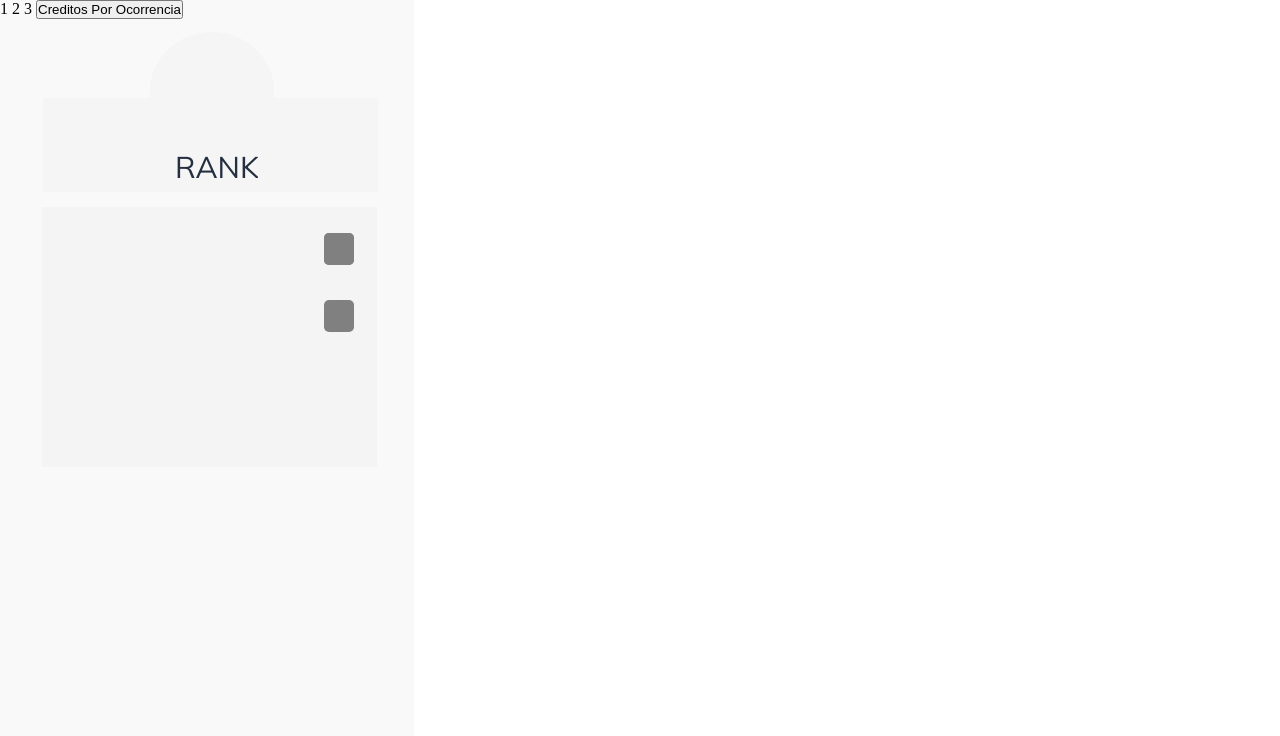
Repository: UnivMinho/D12_frontend
Page: Responsável no Terreno/Front-Office/Rank.html
The author's editor kept a record of every edit. The page is drawn from the files as they stood at one moment, then again after the next edit.
The browser window is 1280 px wide. The pictures show the whole page.
Some web libraries are served in a nearby version.

Above is the page before.

### Responsável no Terreno/Front-Office/Rank.html
<!DOCTYPE html>
<html>

<head>
    <meta charset="utf-8">
    <meta name="viewport" content="width=device-width, initial-scale=1, maximum-scale=1, user-scalable=no">
    <link href="https://fonts.googleapis.com/css?family=Mulish&display=swap" rel="stylesheet" />
    <link href="./Rank.css" rel="stylesheet" />
    <title>Document</title>
    <link rel="stylesheet" href="https://pro.fontawesome.com/releases/v5.10.0/css/all.css" integrity="sha384-AYmEC3Yw5cVb3ZcuHtOA93w35dYTsvhLPVnYs9eStHfGJvOvKxVfELGroGkvsg+p" crossorigin="anonymous"/>
</head>

<body>
    <div class="screen"> <!--screen-->
        <div class="circle"></div> <!--circle-->
        <div class="rectangle"></div> <!--retangulo-->
        <span class="textRank">RANK</span> <!--caixa de texto a dizer "Rank"-->
        <div class="bigrectangle"></div> <!--retangulo enorme-->
        <div class="smallrectangle1"></div> <!--retangulo-->
        <div class="smallrectangle2"></div> <!--retangulo-->
        <div class="smallrectangle3"></div> <!--retangulo-->
        <span class="textOne">1</span> <!--caixa de texto a dizer "1"-->
        <span class="textTwo">2</span> <!--caixa de texto a dizer "2"-->
        <span class="textThree">3</span> <!--caixa de texto a dizer "3"-->
        <button id="CreditosPorOcorrencia" class="CreditosPorOcorrencia">Creditos Por Ocorrencia</button>
    </div>
</body>

</html>

### Responsável no Terreno/Front-Office/Rank.css
* {
    overflow-x: hidden;
    padding: 0px !important;
    margin: 0px !important;
}

.screen {
    width: 414px;
    height: 736px;
    background: rgba(250, 249, 249, 1);
    opacity: 1;
    position: absolute;
    top: 0px;
    left: 0px;
    overflow: hidden;
}

.circle {
    width: 124px;
    height: 117px;
    background: rgba(245, 245, 245, 1);
    opacity: 1;
    position: absolute;
    top: 32px;
    left: 150px;
    border-radius: 50%;
}

.rectangle {
    width: 335px;
    height: 94px;
    background: rgba(245, 245, 245, 1);
    opacity: 1;
    position: absolute;
    top: 98px;
    left: 43px;
    overflow: hidden;
}

.textRank {
    width: 83px;
    color: rgba(36, 47, 65, 1);
    position: absolute;
    top: 148px;
    left: 175px;
    font-family: Mulish;
    font-size: 30px;
    opacity: 1;
    text-align: center;
}

.bigrectangle {
    width: 335px;
    height: 260px;
    background: rgba(244, 244, 244, 1);
    opacity: 1;
    position: absolute;
    top: 207px;
    left: 42px;
    overflow: hidden;
}

.smallrectangle1 {
    width: 30px;
    height: 32px;
    background: gray;
    opacity: 1;
    position: absolute;
    top: 233px;
    left: 324px;
    overflow: hidden;
    border-top-left-radius: 5px;
    border-top-right-radius: 5px;
    border-bottom-left-radius: 5px;
    border-bottom-right-radius: 5px;
}

.smallrectangle2 {
    width: 30px;
    height: 32px;
    background: gray;
    opacity: 1;
    position: absolute;
    top: 300px;
    left: 324px;
    overflow: hidden;
    border-top-left-radius: 5px;
    border-top-right-radius: 5px;
    border-bottom-left-radius: 5px;
    border-bottom-right-radius: 5px;
}

.smallrectangle3 {
    width: 30px;
    height: 32px;
    background: gray;
    opacity: 1;
    position: absolute;
    top: 233px;
    left: 324px;
    overflow: hidden;
    border-top-left-radius: 5px;
    border-top-right-radius: 5px;
    border-bottom-left-radius: 5px;
    border-bottom-right-radius: 5px;
}

After the next edit:
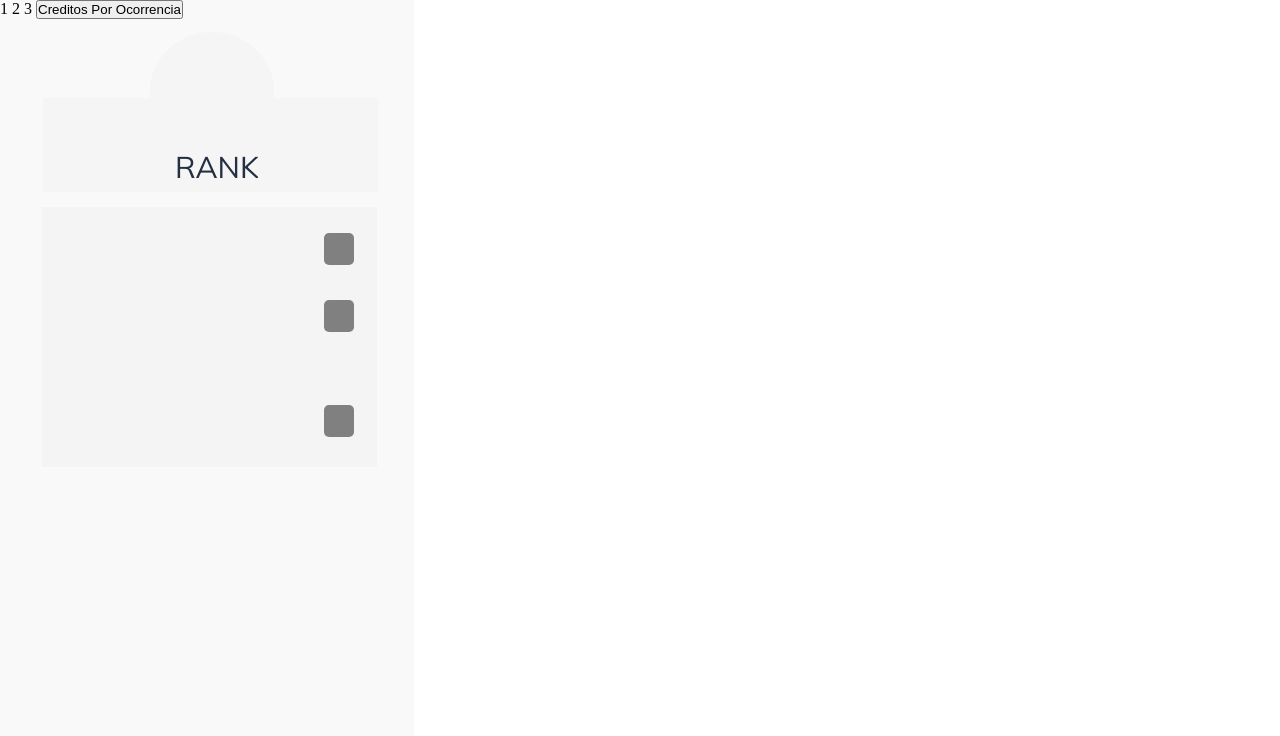
The edit:
--- a/Responsável no Terreno/Front-Office/Rank.css
+++ b/Responsável no Terreno/Front-Office/Rank.css
@@ -96,7 +96,7 @@
     background: gray;
     opacity: 1;
     position: absolute;
-    top: 233px;
+    top: 405px;
     left: 324px;
     overflow: hidden;
     border-top-left-radius: 5px;
